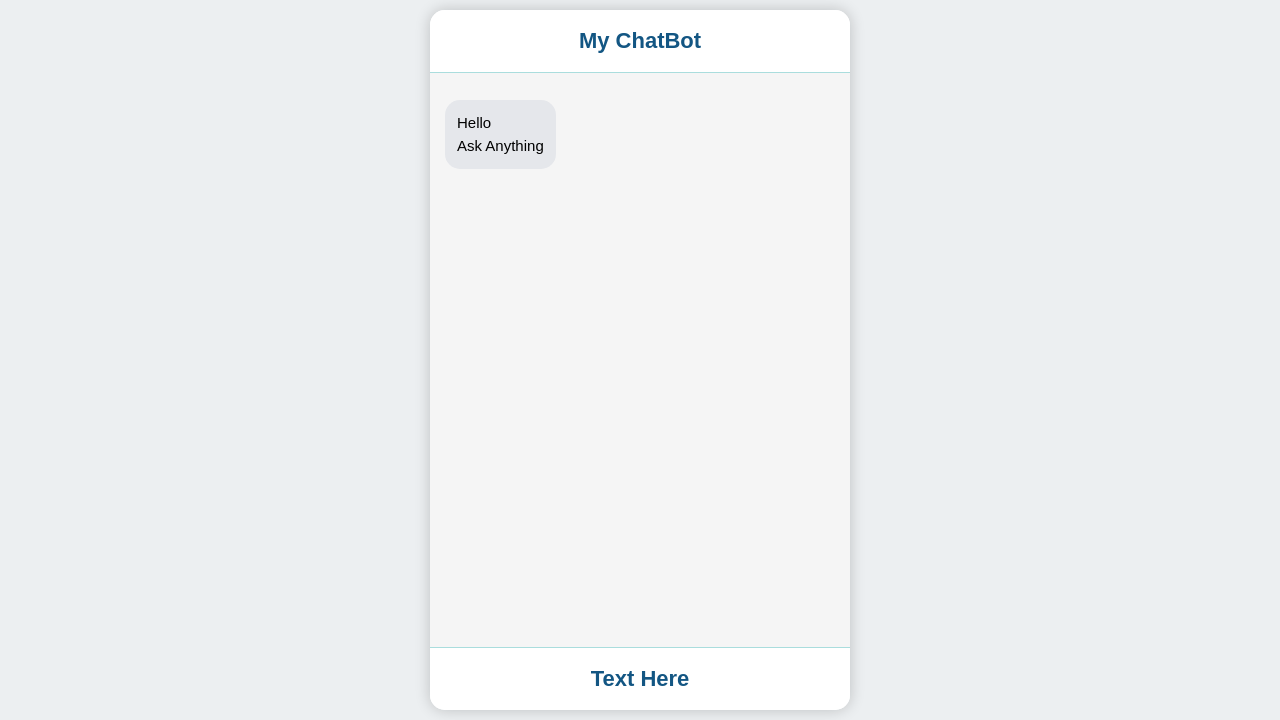
Repository: nt269782-web/Offline-ChatBot
Page: front.html
These files come from the project's save history. The page is drawn as it stood at one moment and after the next save; the edit follows.
The browser window is 1280 px wide. The pictures show the whole page.

Above is the page before, as saved 2026-07-08 12:44:01.

After the next save:
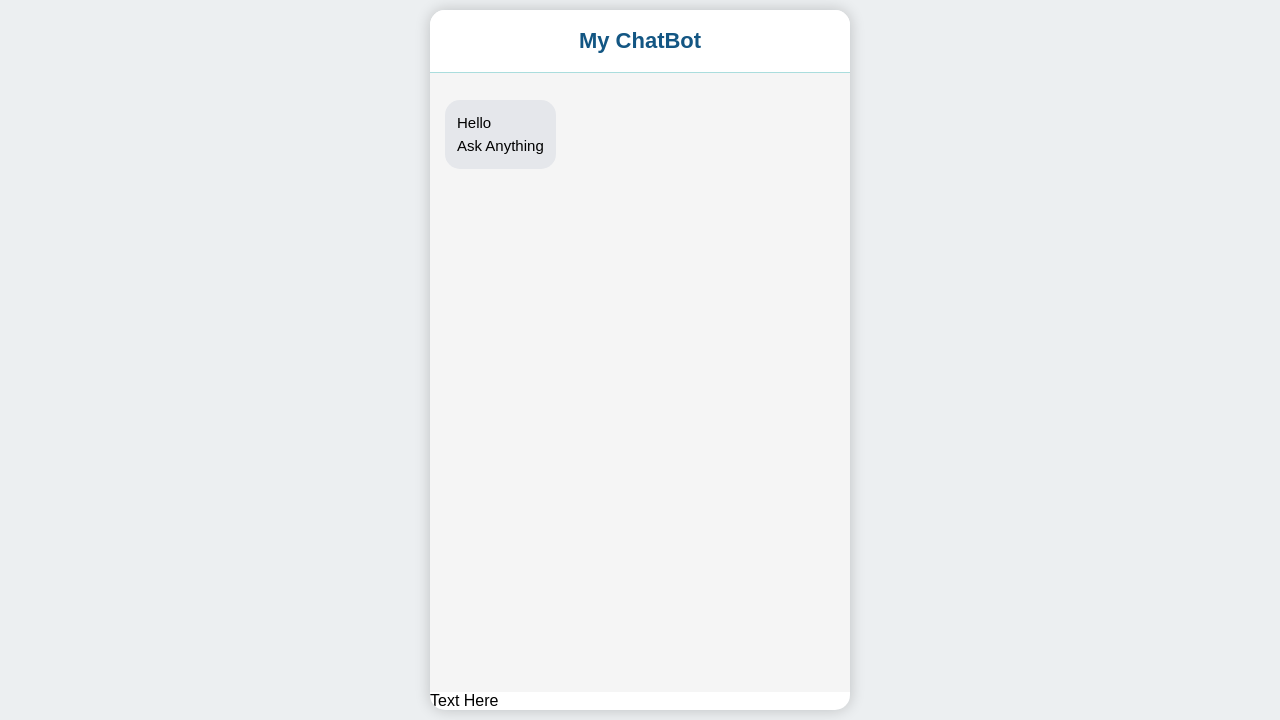
Saved 2 min 33 s later.
--- a/front.html
+++ b/front.html
@@ -115,7 +115,7 @@
         </div>
     </div>
 
-    <div class="headerdown">
+    <div class="">
         Text Here
         </div>
 
